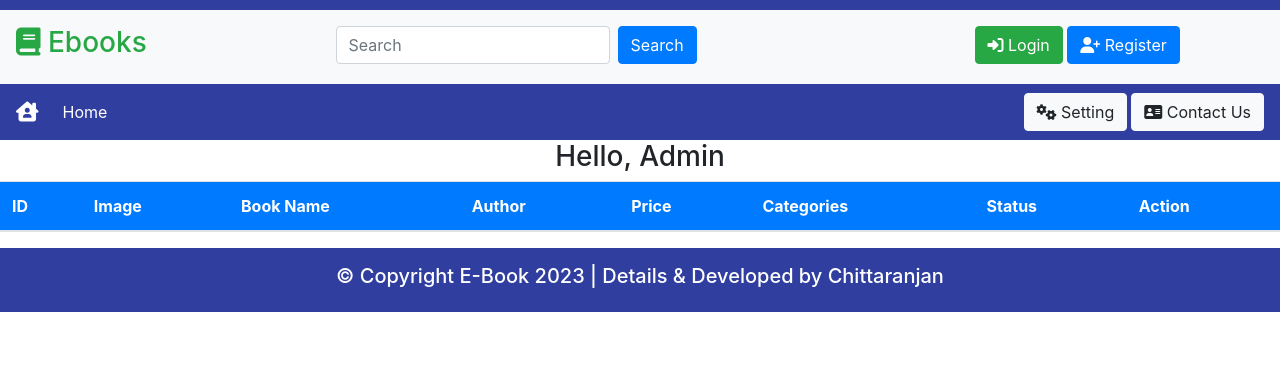
Repository: chittaranjan24/E-Books_Management_System
Page: http://localhost/Ebook-App/admin/all-books.jsp
An editor plug-in stored every save of this project. The page is shown before and after the next save, followed by the edit.
The browser window is 1280 px wide. The pictures show the whole page.
Some web libraries are served in a nearby version. The page is served by Tomcat 9. Other server files are loaded and not shown. Queries for data that is not in the repository find no rows.

Above is the page before, as saved 2023-08-27 22:54:50.

### Ebook-App/src/main/webapp/admin/all-books.jsp
<%@page import="com.entity.BookDtls"%>
<%@page import="java.util.List"%>
<%@page import="com.DB.DBConnect"%>
<%@page import="com.DAO.BookDAOImpl"%>
<%@ page language="java" contentType="text/html; charset=ISO-8859-1"
	pageEncoding="ISO-8859-1"%>

<%@ taglib prefix="c" uri="http://java.sun.com/jsp/jstl/core"%>
<%@page isELIgnored="false"%>

<!DOCTYPE html>
<html>
<head>
<meta charset="ISO-8859-1">
<title>Admin: All Books</title>
<%@include file="allCss.jsp"%>
</head>
<body>
	<%@include file="navbar.jsp"%>
	<h3 class="text-center">Hello, Admin</h3>

	<c:if test="${not empty succMsg }">
		<h5 class="text-center text-success">${succMsg}</h5>
		<c:remove var="succMsg" scope="session" />
	</c:if>

	<c:if test="${not empty failedMsg }">
		<p class="text-center text-danger">${failedMsg}</p>
		<c:remove var="failedMsg" scope="session" />
	</c:if>

	<table class="table table-striped">
		<thead class="bg-primary text-white">
			<tr>
				<th scope="col">ID</th>
				<th scope="col">Image</th>
				<th scope="col">Book Name</th>
				<th scope="col">Author</th>
				<th scope="col">Price</th>
				<th scope="col">Categories</th>
				<th scope="col">Status</th>
				<th scope="col">Action</th>
			</tr>
		</thead>
		<tbody>

			<%
			BookDAOImpl dao = new BookDAOImpl(DBConnect.getConn());
			List<BookDtls> list = dao.getAllBooks();
			for (BookDtls b : list) {
			%>
			<tr>
				<td><%=b.getBookId()%></td>
				<td><img src="../book/<%=b.getPhotoName()%>"
					style="width: 50px; height: 50px;"></td>
				<td><%=b.getBookName()%></td>
				<td><%=b.getAuthor()%></td>
				<td><%=b.getPrice()%></td>
				<td><%=b.getBookCategory()%></td>
				<td><%=b.getStatus()%></td>
				<td>
				<a href="edit_books.jsp?id=<%=b.getBookId()%>" class="btn btn-sm btn-primary"><i class="fa-solid fa-pen-to-square"></i> Edit</a>
				<a href="../delete?id=<%=b.getBookId() %>" class="btn btn-sm btn-danger"><i class="fa-solid fa-trash"></i> Delete</a>
				</td>
			</tr>
			<%
			}
			%>


		</tbody>
	</table>

	<%@include file="footer.jsp"%>
</body>
</html>

### Ebook-App/src/main/webapp/admin/allCss.jsp
<link rel="stylesheet"
	href="https://cdn.jsdelivr.net/npm/bootstrap@4.0.0/dist/css/bootstrap.min.css"
	integrity="sha384-Gn5384xqQ1aoWXA+058RXPxPg6fy4IWvTNh0E263XmFcJlSAwiGgFAW/dAiS6JXm"
	crossorigin="anonymous">


<script src="https://code.jquery.com/jquery-3.2.1.slim.min.js"
	integrity="sha384-KJ3o2DKtIkvYIK3UENzmM7KCkRr/rE9/Qpg6aAZGJwFDMVNA/GpGFF93hXpG5KkN"
	crossorigin="anonymous"></script>
<script
	src="https://cdn.jsdelivr.net/npm/popper.js@1.12.9/dist/umd/popper.min.js"
	integrity="sha384-ApNbgh9B+Y1QKtv3Rn7W3mgPxhU9K/ScQsAP7hUibX39j7fakFPskvXusvfa0b4Q"
	crossorigin="anonymous"></script>
<script
	src="https://cdn.jsdelivr.net/npm/bootstrap@4.0.0/dist/js/bootstrap.min.js"
	integrity="sha384-JZR6Spejh4U02d8jOt6vLEHfe/JQGiRRSQQxSfFWpi1MquVdAyjUar5+76PVCmYl"
	crossorigin="anonymous"></script>


<link rel="stylesheet"
	href="https://cdnjs.cloudflare.com/ajax/libs/font-awesome/6.4.2/css/all.min.css"
	integrity="sha512-z3gLpd7yknf1YoNbCzqRKc4qyor8gaKU1qmn+CShxbuBusANI9QpRohGBreCFkKxLhei6S9CQXFEbbKuqLg0DA=="
	crossorigin="anonymous" referrerpolicy="no-referrer" />


<link rel="stylesheet" href="style.css">

### Ebook-App/src/main/webapp/admin/navbar.jsp
<%@ taglib prefix="c" uri="http://java.sun.com/jsp/jstl/core"%>
<%@page isELIgnored="false"%>

<div class="container-fluid"
	style="height: 10px; background-color: #303f9f"></div>

<div class="container-fluid p-3 bg-light">
	<div class="row">
		<div class="col-md-3 text-success">
			<h3>
				<i class="fa-solid fa-book"></i> Ebooks
			</h3>
		</div>
		<div class="col-md-6">
			<form class="form-inline my-2 my-lg-0">
				<input class="form-control mr-sm-2" type="search"
					placeholder="Search" aria-label="Search">
				<button class="btn btn-primary my-2 my-sm-0" type="submit">Search</button>
			</form>
		</div>

		<div class="col-md-3">

			<c:if test="${not empty userobj }">
				<a href="login.jsp" class="btn btn-success"><i
					class="fa-solid fa-user"></i> ${userobj.name}</a>
				<a href="../logout" class="btn btn-primary text-white"><i
					class="fa-solid fa-power-off"></i> Logout</a>
			</c:if>
			<c:if test="${empty userobj }">
				<a href="../login.jsp" class="btn btn-success"><i
					class="fa-solid fa-right-to-bracket"></i> Login</a>
				<a href="../register.jsp" class="btn btn-primary text-white"><i
					class="fa-solid fa-user-plus"></i> Register</a>
			</c:if>

		</div>

	</div>
</div>

<!-- Start Logout Modal -->

<!-- End Logout Modal -->

<nav class="navbar navbar-expand-lg navbar-dark bg-custom">
	<a class="navbar-brand" href="#"> <i
		class="fa-solid fa-house-chimney-user"></i>
	</a>
	<button class="navbar-toggler" type="button" data-toggle="collapse"
		data-target="#navbarSupportedContent"
		aria-controls="navbarSupportedContent" aria-expanded="false"
		aria-label="Toggle navigation">
		<span class="navbar-toggler-icon"></span>
	</button>

	<div class="collapse navbar-collapse" id="navbarSupportedContent">
		<ul class="navbar-nav mr-auto">
			<li class="nav-item active"><a class="nav-link" href="home.jsp">Home
					<span class="sr-only">(current)</span>
			</a></li>

		</ul>
		<form class="form-inline my-2 my-lg-0">

			<button class="btn btn-light my-2 my-sm-0" type="submit">
				<i class="fa-solid fa-gears"></i> Setting
			</button>
			<button class="btn btn-light my-2 my-sm-0 ml-1" type="submit">
				<i class="fa-solid fa-address-card"></i> Contact Us
			</button>

		</form>
	</div>
</nav>

### Ebook-App/src/main/webapp/admin/footer.jsp
<div class="container-fluid text-center text-white p-3 mt-2"
	style="background-color: #303f9f;">
	<h5>&copy; Copyright E-Book 2023 | Details &amp; Developed by Chittaranjan</h5>
</div>

### Ebook-App/src/main/java/com/DAO/BookDAO.java
package com.DAO;

import java.util.List;

import com.entity.BookDtls;

public interface BookDAO {

	public boolean addBooks(BookDtls b);

	public List<BookDtls> getAllBooks();

	public BookDtls getBookById(int id);

	public boolean updateEditBooks(BookDtls b);

	public boolean deleteBooks(int id);

}

### Ebook-App/src/main/java/com/DAO/BookDAOImpl.java
package com.DAO;

import java.sql.Connection;
import java.sql.PreparedStatement;
import java.sql.ResultSet;
import java.util.ArrayList;
import java.util.List;

import com.entity.BookDtls;

public class BookDAOImpl implements BookDAO {

	private Connection conn;

	public BookDAOImpl(Connection conn) {
		super();
		this.conn = conn;
	}

	@Override
	public boolean addBooks(BookDtls b) {
		boolean f = false;

		try {

			String sql = "insert into book_dtls(bookname,author,price,bookCategory,status,photo,email) values(?,?,?,?,?,?,?)";
			PreparedStatement ps = conn.prepareStatement(sql);

			ps.setString(1, b.getBookName());
			ps.setString(2, b.getAuthor());
			ps.setDouble(3, b.getPrice());
			ps.setString(4, b.getBookCategory());
			ps.setString(5, b.getStatus());
			ps.setString(6, b.getPhotoName());
			ps.setString(7, b.getEmail());

			int i = ps.executeUpdate();

			if (i == 1) {
				f = true;
			}

		} catch (Exception e) {
			e.printStackTrace();
		}

		return f;
	}

	@Override
	public List<BookDtls> getAllBooks() {

		List<BookDtls> list = new ArrayList<BookDtls>();
		BookDtls b = null;

		try {

			String sql = "select * from book_dtls";
			PreparedStatement ps = conn.prepareStatement(sql);

			ResultSet rs = ps.executeQuery();
			while (rs.next()) {
				b = new BookDtls();
				b.setBookId(rs.getInt(1));
				b.setBookName(rs.getString(2));
				b.setAuthor(rs.getString(3));
				b.setPrice(rs.getDouble(4));
				b.setBookCategory(rs.getString(5));
				b.setStatus(rs.getString(6));
				b.setPhotoName(rs.getString(7));
				b.setEmail(rs.getString(8));

				list.add(b);
			}

		} catch (Exception e) {
			e.printStackTrace();
		}

		return list;
	}

	@Override
	public BookDtls getBookById(int id) {

		BookDtls b = null;

		try {

			String sql = "select * from book_dtls where bookId=?";
			PreparedStatement ps = conn.prepareStatement(sql);
			ps.setInt(1, id);

			ResultSet rs = ps.executeQuery();
			while (rs.next()) {

				b = new BookDtls();
				b.setBookId(rs.getInt(1));
				b.setBookName(rs.getString(2));
				b.setAuthor(rs.getString(3));
				b.setPrice(rs.getDouble(4));
				b.setBookCategory(rs.getString(5));
				b.setStatus(rs.getString(6));
				b.setPhotoName(rs.getString(7));
				b.setEmail(rs.getString(8));

			}

		} catch (Exception e) {
			e.printStackTrace();
		}
		return b;
	}

	@Override
	public boolean updateEditBooks(BookDtls b) {
		boolean f=false;
		try {
			String sql="update book_dtls set bookname=?, author=?, price=?, status=? where bookId=?";
			PreparedStatement ps=conn.prepareStatement(sql);
			ps.setString(1, b.getBookName());
			ps.setString(2, b.getAuthor());
			ps.setDouble(3, b.getPrice());
			ps.setString(4, b.getStatus());
			ps.setInt(5, b.getBookId());

			int i = ps.executeUpdate();
			if (i==1)
			{
				f=true;
			}

		} catch (Exception e) {
			e.printStackTrace();
		}
		return f;
	}

	@Override
	public boolean deleteBooks(int id) {
		boolean f=false;

		try {

			String sql="delete from book_dtls where bookId=?";
			PreparedStatement ps=conn.prepareStatement(sql);
			ps.setInt(1, id);
			int i=ps.executeUpdate();
			if (i==1)
			{
				f=true;
			}

		} catch (Exception e) {
			e.printStackTrace();
		}

		return f;
	}



}

### Ebook-App/src/main/java/com/DB/DBConnect.java
package com.DB;

import java.sql.Connection;
import java.sql.DriverManager;

public class DBConnect {

	private static Connection conn;

	public static Connection getConn() {

		try {

			Class.forName("com.mysql.cj.jdbc.Driver");
			conn=DriverManager.getConnection("jdbc:mysql://localhost:3306/ebook-app","root","root");

		} catch (Exception e) {
			e.printStackTrace();
		}

		return conn;

	}
}

### Ebook-App/src/main/webapp/admin/style.css
.bg-custom{
	background-color: #303f9f;
}

.navbar .nav-item:hover .nav-link {
	background-color: white;
	color: #303f9f;
	border-radius: 15px;
}

After the next save:
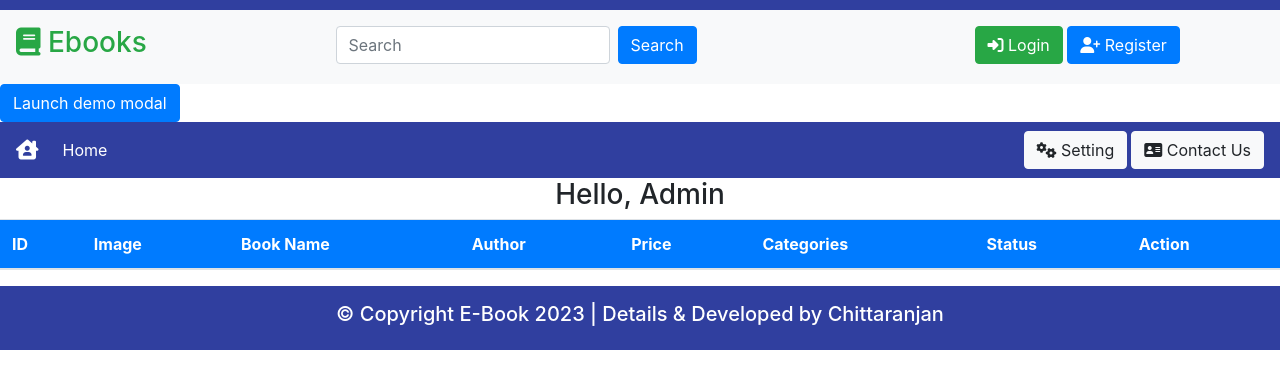
Saved 59 s later.
--- a/Ebook-App/src/main/webapp/admin/navbar.jsp
+++ b/Ebook-App/src/main/webapp/admin/navbar.jsp
@@ -41,6 +41,31 @@
 
 <!-- Start Logout Modal -->
 
+<button type="button" class="btn btn-primary" data-toggle="modal"
+	data-target="#exampleModalCenter">Launch demo modal</button>
+
+<!-- Modal -->
+<div class="modal fade" id="exampleModalCenter" tabindex="-1"
+	role="dialog" aria-labelledby="exampleModalCenterTitle"
+	aria-hidden="true">
+	<div class="modal-dialog modal-dialog-centered" role="document">
+		<div class="modal-content">
+			<div class="modal-header">
+				<h5 class="modal-title" id="exampleModalLongTitle">Modal title</h5>
+				<button type="button" class="close" data-dismiss="modal"
+					aria-label="Close">
+					<span aria-hidden="true">&times;</span>
+				</button>
+			</div>
+			<div class="modal-body">...</div>
+			<div class="modal-footer">
+				<button type="button" class="btn btn-secondary" data-dismiss="modal">Close</button>
+				<button type="button" class="btn btn-primary">Save changes</button>
+			</div>
+		</div>
+	</div>
+</div>
+
 <!-- End Logout Modal -->
 
 <nav class="navbar navbar-expand-lg navbar-dark bg-custom">

After the 2 saves that followed:
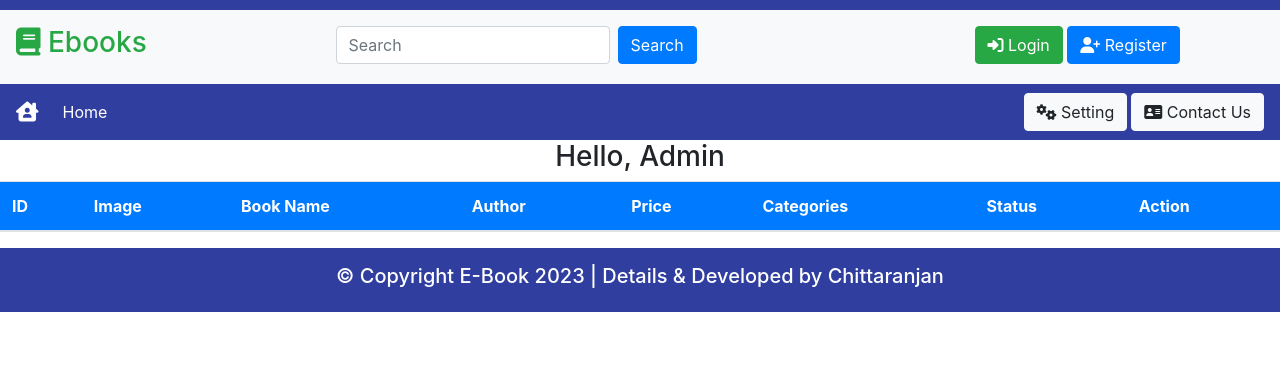
The 2 saves are shown as one change because 1 left the picture as it was.
The last was saved 2 min 1 s later.
--- a/Ebook-App/src/main/webapp/admin/navbar.jsp
+++ b/Ebook-App/src/main/webapp/admin/navbar.jsp
@@ -40,9 +40,6 @@
 </div>
 
 <!-- Start Logout Modal -->
-
-<button type="button" class="btn btn-primary" data-toggle="modal"
-	data-target="#exampleModalCenter">Launch demo modal</button>
 
 <!-- Modal -->
 <div class="modal fade" id="exampleModalCenter" tabindex="-1"
